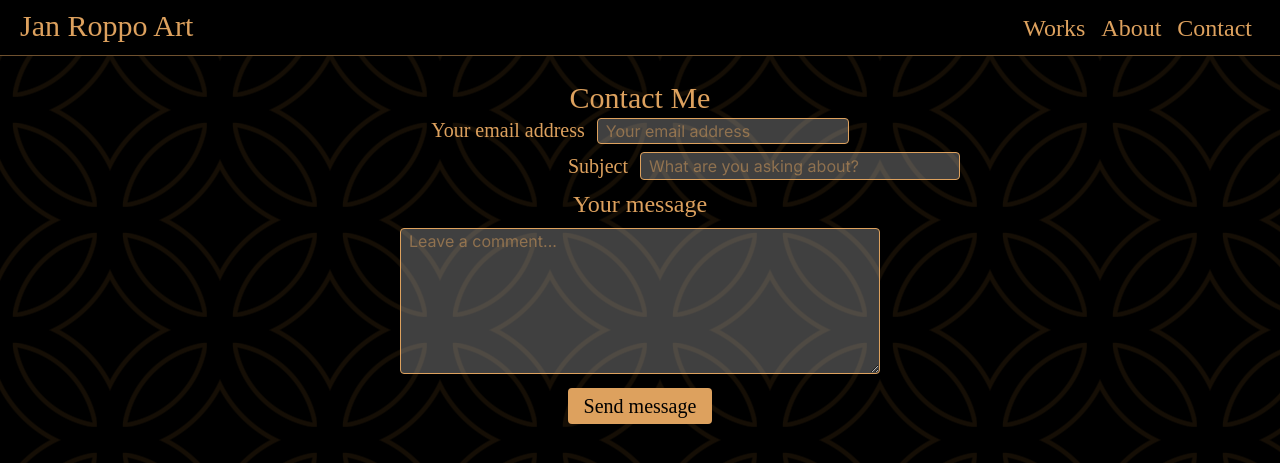
Repository: YanceMcFinn/JRArt
Page: /contact
An editor plug-in stored every save of this project. The page is shown before and after the next save, followed by the edit.
The browser window is 1280 px wide. The pictures show the whole page.
Some web fonts or font styles are not loaded; a fallback is used. The project was rebuilt for these pictures with package versions that can differ from the ones it lists, and the page was loaded fresh each time. The framework's server and built-in components were replaced by stand-ins that run in the browser. Also part of the build but not shown: next.config.js.

Above is the page before, as saved 2023-10-28 22:42:07.

### app/layout.js
import './globals.css'
import { Inter } from 'next/font/google'

import Navbar from './components/Navbar'

const inter = Inter({ subsets: ['latin'] })

export const metadata = {
  title: 'Jan Roppo Art',
  description: 'The art of Jan Roppo',
}

export default function RootLayout({ children }) {
  return (
    <html lang="en">
      <head>
        <link rel="preconnect" href="https://fonts.googleapis.com" />
        <link rel="preconnect" href="https://fonts.gstatic.com" crossorigin />
        <link href="https://fonts.googleapis.com/css2?family=Macondo+Swash+Caps&display=swap" rel="stylesheet" />
      </head>
      <body className={inter.className}>
        <Navbar />
        {children}
      </body>
    </html>
  )
}

### app/contact/page.jsx
'use client'

import Image from 'next/image'

export default function Contact() {
    return(
        <div className='text-main-color text-center justify-content-center mt-20'>
            <div className='title text-center text-3xl'>Contact Me</div>
                <form className='w-6/12 mx-auto'>
                    <div className='mb-2'>
                        <label for="email" className='pr-3 title text-xl'>Your email address</label>
                        <input type="email" className='rounded px-2 bg-white/25 border border-main-color text-main-color placeholder-main-color/50 focus:border-main-color focus:border-2 focus:outline-none focus:ring-0'id="email" placeholder="Your email address" required/>
                    </div>
                    <div className='mb-2 flex justify-end'>
                        <label for="subject" className='pr-3 title text-xl'>Subject</label>
                        <input type="text" id="subject" className='rounded w-6/12 px-2 bg-white/25 border border-main-color text-main-color placeholder-main-color/50 focus:border-main-color focus:border-2 focus:outline-none focus:ring-0' placeholder="What are you asking about?" required/>
                    </div>
                <div class="sm:col-span-2">
              <label for="message" className='title text-2xl' >Your message</label><br/>
              <textarea id="message" rows="6" placeholder="Leave a comment..." className='rounded w-9/12 px-2 mt-2 bg-white/25 border border-main-color text-main-color placeholder-main-color/50 focus:border-main-color focus:border-2 focus:outline-none focus:ring-0'></textarea>
          </div>
          <button type="submit" className='bg-main-color text-black title text-xl rounded px-4 py-1 mt-2'>Send message</button>
      </form>
        </div>
    )
}

### app/globals.css
@tailwind base;
@tailwind components;
@tailwind utilities;

@import url('https://fonts.googleapis.com/css2?family=Macondo+Swash+Caps&display=swap');
/* body {
 background-color: black;
} */


.title {
    font-family: 'Macondo Swash Caps', cursive;
}

html {
    --s: 220px; /* control the size */
    --c1: #150e05;
    --c2: #000000;

    --_g:radial-gradient(#0000 60%,var(--c1) 61% 63%,#0000 64% 77%,var(--c1) 78% 80%,#0000 81%);
    --_c:,#0000 75%,var(--c2) 0;
    background:
      conic-gradient(at 12% 20% var(--_c)) calc(var(--s)* .44) calc(.9*var(--s)),
      conic-gradient(at 12% 20% var(--_c)) calc(var(--s)*-.06) calc(.4*var(--s)),
      conic-gradient(at 20% 12% var(--_c)) calc(.9*var(--s)) calc(var(--s)* .44),
      conic-gradient(at 20% 12% var(--_c)) calc(.4*var(--s)) calc(var(--s)*-.06),
      var(--_g),var(--_g) calc(var(--s)/2) calc(var(--s)/2) var(--c2);
    background-size: var(--s) var(--s);
    background-attachment: fixed;
  }

### app/components/Navbar.jsx
import React from "react";

const Navbar = () => {
    return(
    <>
    <div className="top-0 w-full z-10 h-14 bg-black px-5 py-2 text-main-color border-b border-b-main-color/50 fixed">
      <div className="float-left title text-3xl">
        <a className="hover:text-white" href="/">Jan Roppo Art</a>
      </div>
      <div className="mt-1 float-right title text-2xl">
        <ul>
        <li className="inline px-2">
            <a href="/" className="hover:text-white">Works</a>
          </li>
          <li className="inline px-2">
            <a href="/about" className="hover:text-white">About</a>
          </li>
          <li className="inline px-2">
            <a href="/contact" className="hover:text-white">Contact</a>
          </li>
        </ul>
      </div>
    </div>
    </>

    )
}

export default Navbar

### tailwind.config.js
/** @type {import('tailwindcss').Config} */
module.exports = {
  content: [
    './pages/**/*.{js,ts,jsx,tsx,mdx}',
    './components/**/*.{js,ts,jsx,tsx,mdx}',
    './app/**/*.{js,ts,jsx,tsx,mdx}',
  ],
  theme: {
    extend: {
      backgroundImage: {
      },
      colors: {
        'main-color': '#dda15e'
      },
    },
  },
  plugins: [],
}

After the next save:
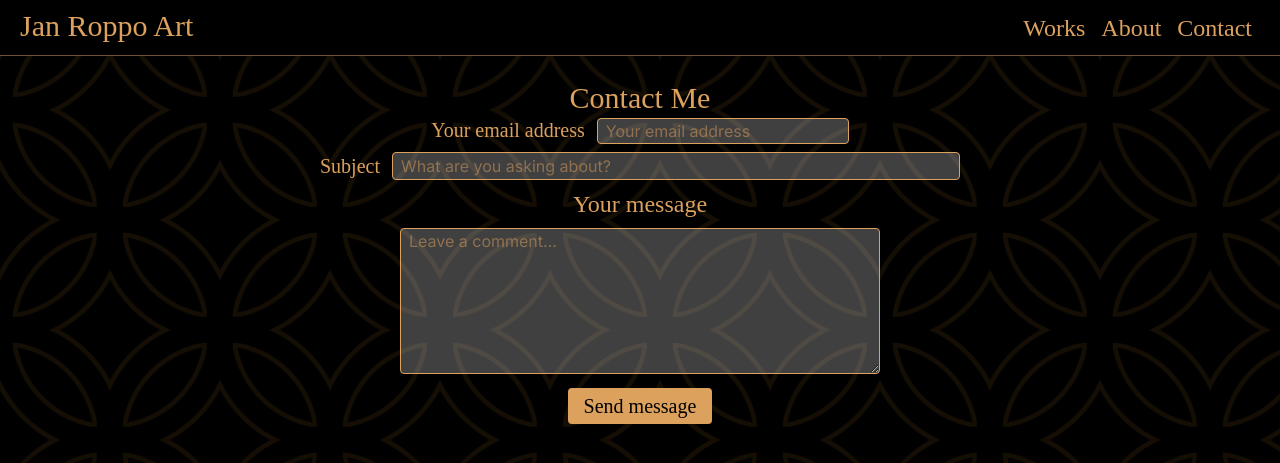
Saved 9 s later.
--- a/app/contact/page.jsx
+++ b/app/contact/page.jsx
@@ -13,7 +13,7 @@ export default function Contact() {
                     </div>
                     <div className='mb-2 flex justify-end'>
                         <label for="subject" className='pr-3 title text-xl'>Subject</label>
-                        <input type="text" id="subject" className='rounded w-6/12 px-2 bg-white/25 border border-main-color text-main-color placeholder-main-color/50 focus:border-main-color focus:border-2 focus:outline-none focus:ring-0' placeholder="What are you asking about?" required/>
+                        <input type="text" id="subject" className='rounded w-full px-2 bg-white/25 border border-main-color text-main-color placeholder-main-color/50 focus:border-main-color focus:border-2 focus:outline-none focus:ring-0' placeholder="What are you asking about?" required/>
                     </div>
                 <div class="sm:col-span-2">
               <label for="message" className='title text-2xl' >Your message</label><br/>
